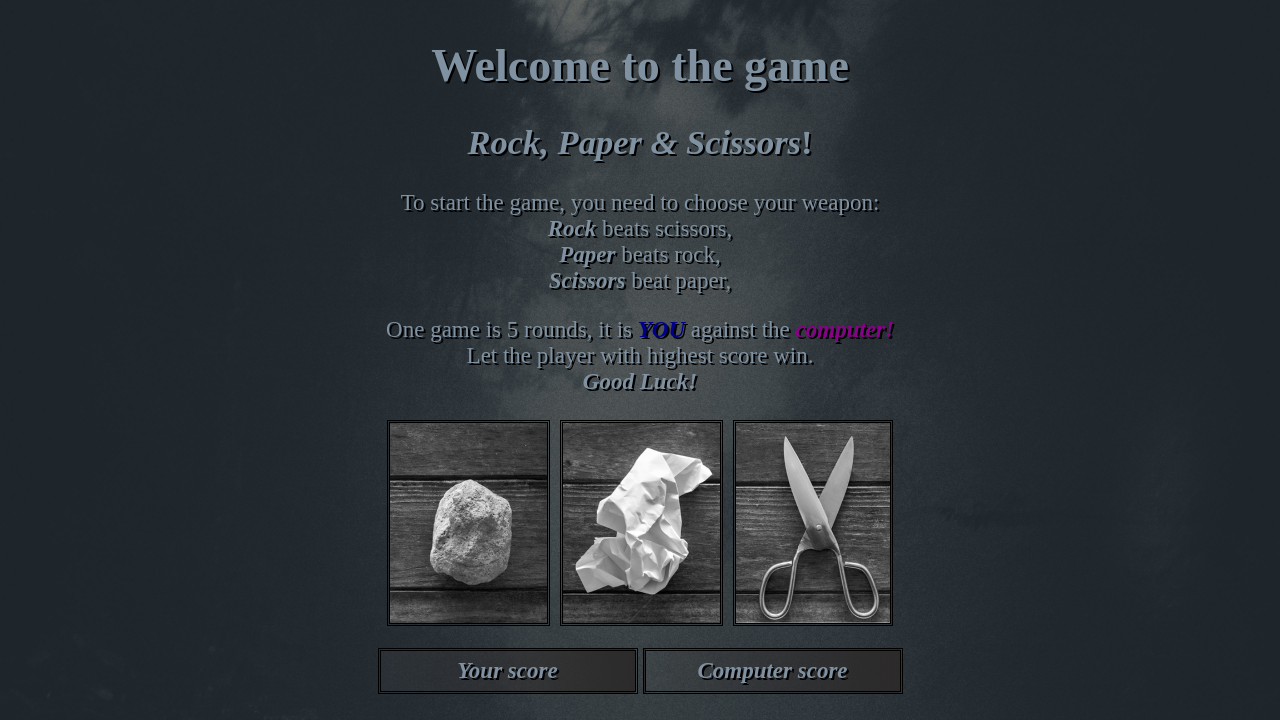
Repository: agneta1991/rock-paper-scissors
Page: Desktop/coding/index2.html
The author's editor kept a copy of each file at every save. The page is drawn from the files as they stood at one save, then again after the next save.
The browser window is 1280 px wide. The pictures show the whole page.

Above is the page before, as saved 2023-03-06 10:26:05.

### Desktop/coding/index2.html
<!DOCTYPE html>
<html lang="en">
<head>
    <meta charset="UTF-8">
    <title>Rock Paper Scissors</title>
    <link rel="styleSheet" href='styles.css'>
</head>
<body>
    <script src="js.js" defer></script>
    <div class="container1">
        <div class="title">
            <h1>Welcome to the game </h1>
            <h2><span>Rock, Paper & Scissors</span>!</h2>
            <p>To start the game, you need to choose your weapon:<br>
            <span>Rock</span> beats scissors, <br>
            <span>Paper</span> beats rock, <br>
            <span>Scissors</span> beat paper,</p>
            <p>One game is 5 rounds, it is <span style="color: darkblue">YOU</span> against the <span style="color: darkmagenta">computer!</span><br>
            Let the player with highest score win.<br>
        <span>Good Luck!</span></p>
        </div>
    </div>
    <div class ="container2">
        <div id="options">
            <button class="Rock"> <img src='images/rock.png'></button>
            <button class="Paper"><img src='images/paper.png'></button>
            <button class="Scissors"><img src='images/scissors.png'></button>
        </div>
    </div>
    <div class="container3">
        <div class="choices">
            <div id="playerChoice"></div><div id="computerChoice"></div>
        </div>

        <div id="msg"></div>

        <div class="score">
            <div class="playerScore">
                <span>Your score</span>
                <div id="displayedPlayerScore"></div>
            </div>
            <div class="computerScore">
                <span>Computer score</span>
                <div id="displayedComputerScore"></div>
            </div>
        </div>

    <div id="winner"></div>
    </div>
</body>
</html>

### Desktop/coding/styles.css
body{
    background-image: url('images/background.jpg');
    background-size:100%;
}


.container1, .container2, .container3{
    color: rgb(128, 146, 161);
    text-shadow: 2px 2px black;
    font-size: 23px;
}
span{
    font-weight: bold;
    font-style: italic;
}
.container1{
    display: flex;
    justify-content: center;
    text-align: center;
}


img{
    width: auto ;
    height: 200px ;
    border-style: double;
}

.container2 {
    display: flex;
    justify-content: center;
    gap: 8px;
}
button{
    background-color: transparent;
    padding: 0%;
    border-color: transparent;
}


img {
    -webkit-filter:
    grayscale(100%);
    filter:grayscale(100%);
    -webkit-transition: .2s
    ease-in-out;
    transition: .2s ease-in-out;

}

img:hover {
    -webkit-filter:grayscale(0);
    filter:grayscale(0);

}

.playerScore, .computerScore {
    padding: 7px;
    display: inline;
    border-color: black;
    width: 240px;
    border-style: double;
    background-image: linear-gradient(to right, rgba(156, 146, 146, 0.055),rgb(44, 42, 42) );
}

.score, .choices{
    display: flex;
    flex-wrap: wrap;
    justify-content: center;
    text-align: center;
    gap: 5px;

}

#playerChoice, #computerChoice, #msg, #winner{
    display: flex;
    justify-content: center;
    text-align: center;
    padding: 4px;
    font-size: 25px;
    display: flex;
    justify-content: center;
    text-align: center;
}

### Desktop/coding/js.js
const choice = ['Rock', 'Paper', 'Scissors'];
const computerChoice = choice[Math.floor(Math.random()*choice.length)];
let playerScore=0;
let computerScore=0;

function round() {
const btn = document.querySelectorAll('button');

    btn.forEach((individualBtn)=>{
    individualBtn.addEventListener('click', ()=>{
        document.getElementById ('playerChoice').innerHTML = individualBtn.className + ' against '
        document.getElementById('computerChoice').innerHTML = computerChoice;

            let clicked = individualBtn.className;
            let msgComp = 'Computer wins!';
            let msgPlay = 'You win!';
            let msgT = "it's a tie!";

         if (clicked === 'Rock' && computerChoice === 'Paper'){
            document.getElementById('msg').innerHTML= msgComp;
            ++computerScore;
            document.getElementById('displayedComputerScore').innerHTML = computerScore;
            document.getElementById('displayedPlayerScore').innerHTML = playerScore;

            } else if (clicked==='Paper' && computerChoice ==='Scissors'){
            document.getElementById('msg').innerHTML= msgComp;
            ++computerScore;
            document.getElementById('displayedComputerScore').innerHTML = computerScore;
            document.getElementById('displayedPlayerScore').innerHTML = playerScore;

            } else if (clicked === 'Scissors' && computerChoice==='Rock'){
            ++computerScore;
            document.getElementById('displayedComputerScore').innerHTML = computerScore;
            document.getElementById('displayedPlayerScore').innerHTML = playerScore;
            document.getElementById('msg').innerHTML= msgComp;

            } else if (clicked=== 'Paper' && computerChoice==='Rock'){
            ++playerScore;
            document.getElementById('displayedPlayerScore').innerHTML = playerScore;
            document.getElementById('displayedComputerScore').innerHTML = computerScore;
            document.getElementById('msg').innerHTML= msgPlay;

            } else if(clicked === 'Scissors' && computerChoice === 'Paper'){
            ++playerScore;
            document.getElementById('displayedPlayerScore').innerHTML = playerScore;
            document.getElementById('displayedComputerScore').innerHTML = computerScore;
            document.getElementById('msg').innerHTML= msgPlay;

            } else if (clicked === 'Rock' && computerChoice==='Scissors'){
            ++playerScore;
            document.getElementById('displayedPlayerScore').innerHTML = playerScore;
            document.getElementById('displayedComputerScore').innerHTML = computerScore;
            document.getElementById('msg').innerHTML= msgPlay;

            } else if(clicked === computerChoice) {
            document.getElementById('msg').innerHTML= msgT;
            document.getElementById('displayedPlayerScore').innerHTML = playerScore;
            document.getElementById('displayedComputerScore').innerHTML = computerScore;
            };

            if (playerScore===5){
                document.getElementById('winner').innerHTML='Congratulations! you have won!';
            }else if (computerScore === 5){
                document.getElementById('winner').innerHTML='Unfortunately computer won this time! better luck next game!';
            };


    });
});
}

round();

After the next save:
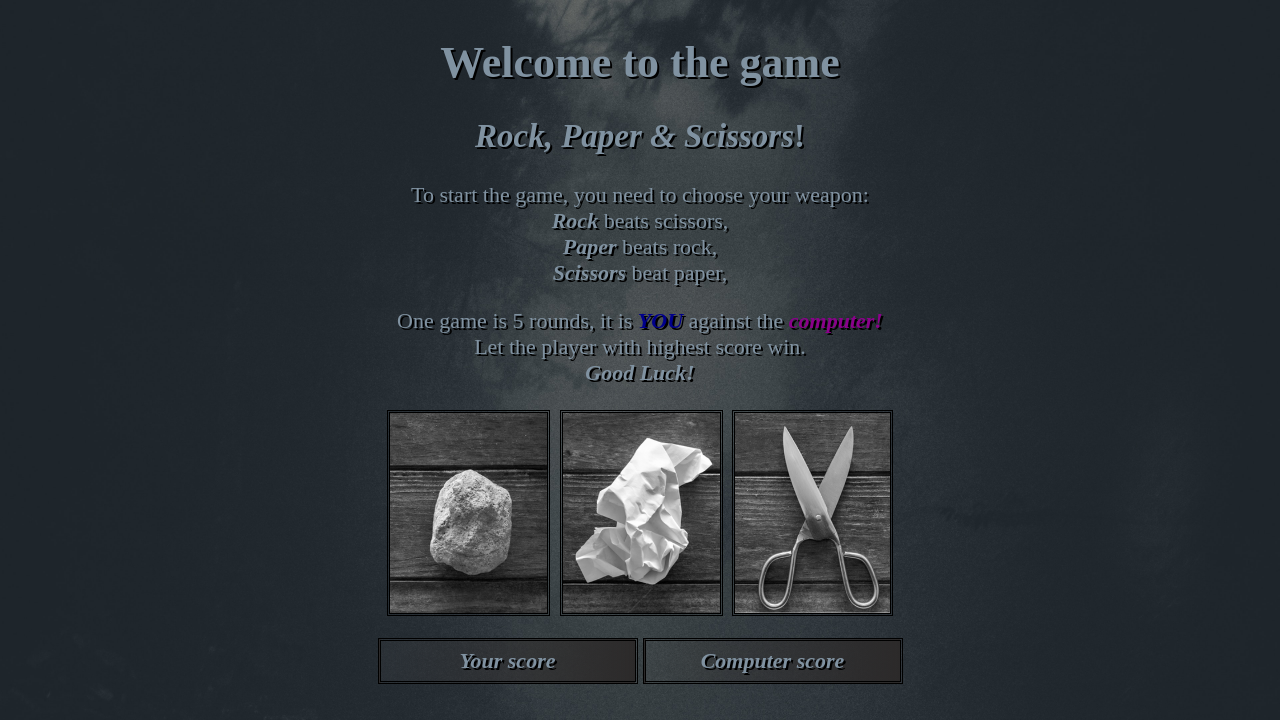
Saved 13 s later.
--- a/Desktop/coding/styles.css
+++ b/Desktop/coding/styles.css
@@ -7,7 +7,7 @@ body{
 .container1, .container2, .container3{
     color: rgb(128, 146, 161);
     text-shadow: 2px 2px black;
-    font-size: 23px;
+    font-size: 22px;
 }
 span{
     font-weight: bold;
